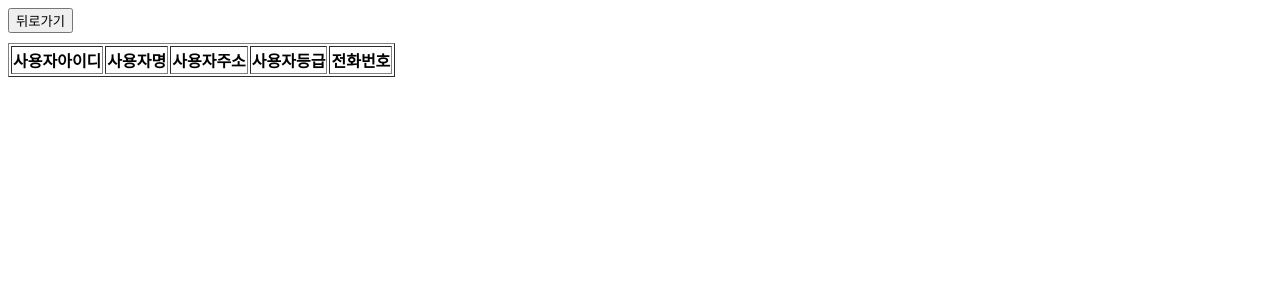
Repository: Ji-wonLee/book_store
Page: http://localhost/sms/userList.jsp
The author's editor kept a copy of each file at every save. The page is drawn from the files as they stood at one save, then again after the next save.
The browser window is 1280 px wide. The pictures show the whole page.
The page is served by Tomcat 9.

Above is the page before, as saved 2024-05-28 01:39:04.

After the next save:
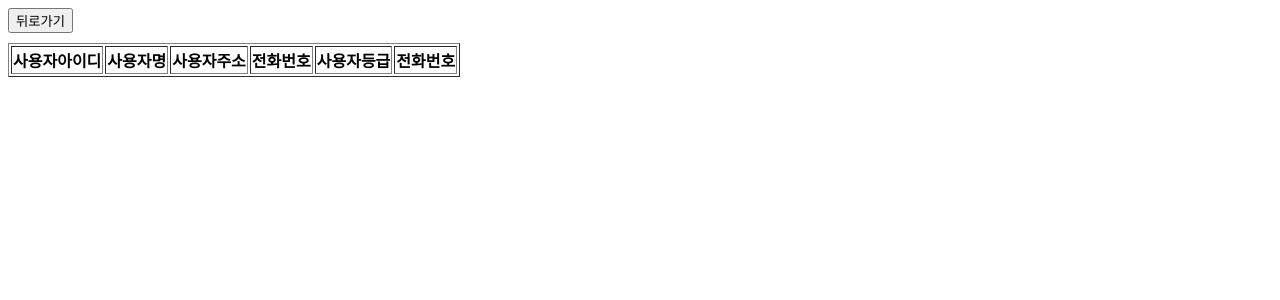
Saved 5 s later.
--- a/sms/src/main/webapp/userList.jsp
+++ b/sms/src/main/webapp/userList.jsp
@@ -16,6 +16,7 @@
 		<th>사용자아이디</th>
 		<th>사용자명</th>
 		<th>사용자주소</th>
+		<th>전화번호</th>
 		<th>사용자등급</th>
 		<th>전화번호</th>
 	</tr>
